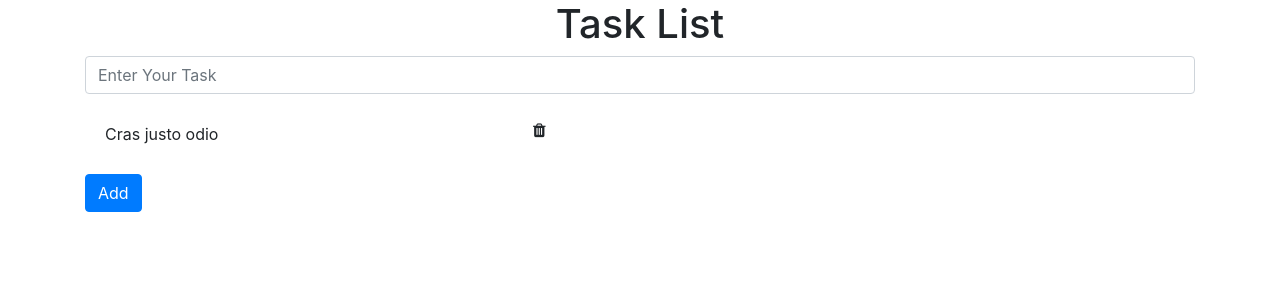
Repository: hoangphuong965/todolist
Page: index.html
The author's editor kept a copy of each file at every save. The page is drawn from the files as they stood at one save, then again after a run of saves.
The browser window is 1280 px wide. The pictures show the whole page.

Above is the page before, as saved 2020-09-04 14:16:00.

After the next 2 saves:
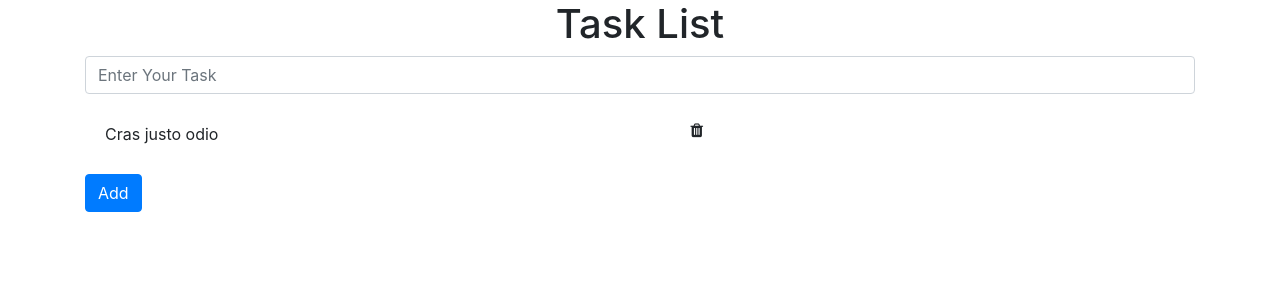
The 2 saves are shown as one change because they came seconds apart.
The last was saved 7 s later.
--- a/style.css
+++ b/style.css
@@ -1,4 +1,4 @@
 .tst {
   display: grid;
-  grid-template-columns: auto auto auto;
+  grid-template-columns: auto auto;
 }
